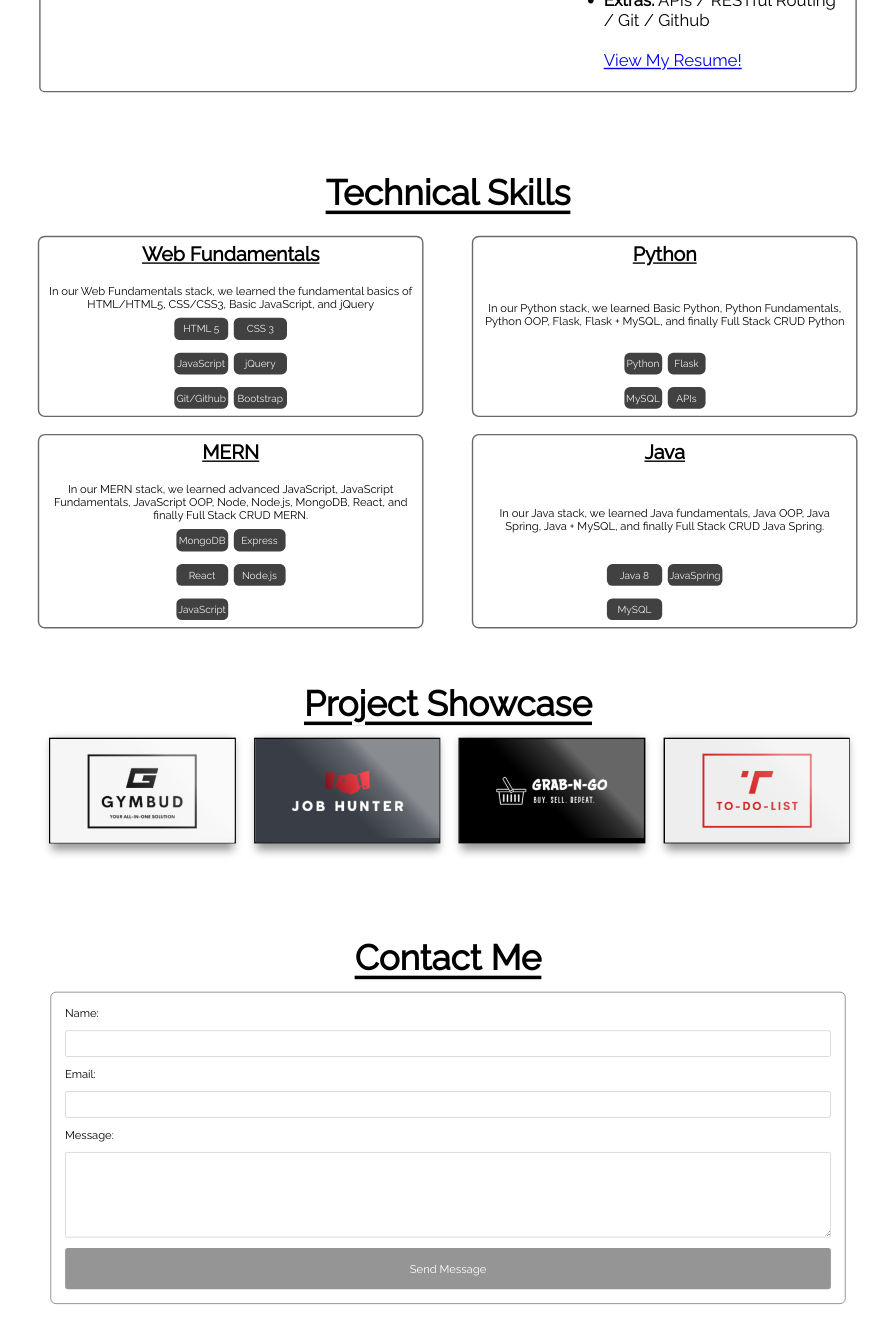
Repository: RICHIE-YIN/Personal-Portfolio
Page: index.html
These files come from the project's save history. The page is drawn as it stood at one moment and after the next save; the edit follows.
The browser window is 1280 px wide. The pictures show the part of the page from y = 2267 to 4187 px (the page is 4187 px tall before and 4181 px after), at 70% of full size.
Some web fonts or font styles are not loaded; a fallback is used.

Above is the page before, as saved 2023-06-12 17:22:41.
Console error: ReferenceError: $ is not defined

### index.html
<!DOCTYPE html>
<html lang="en">
<head>
    <meta charset="UTF-8">
    <meta http-equiv="X-UA-Compatible" content="IE=edge">
    <meta name="viewport" content="width=device-width, initial-scale=1.0">
    <title>Document</title>
    <link rel="stylesheet" href="styles.css">
    <style></style>
    <style>
        @import url('https://fonts.googleapis.com/css2?family=Balsamiq+Sans&family=Raleway&family=Roboto&display=swap');
    </style>
</head>
<body>
    <div class="contianer">
        <section class="et-hero-tabs">
            <div class="typewriter">
                <h1 id="text">Richie Yin</h1>
            </div>
            <h3>Coding Dojo Graduate 2023</h3>
            <h3>PYTHON / MERN / JAVA</h3>
            <div id="navbar" class="et-hero-tabs-container">
                <a class="et-hero-tab" href="#profile-section">About Me</a>
                <a class="et-hero-tab" href="#skills-section">Technical Skills</a>
                <a class="et-hero-tab" href="#section5">Projects Showcase</a>
                <a class="et-hero-tab" href="#section7">Contact</a>
                <span class="et-hero-tab-slider"></span>
            </div>

        </section>
        <br>
        <br>
        <br>
        <br>
        <br>
        <br>
        <div id="profile-section" class="profile-section">
            <h1 id="about-me">About Me</h1>
            <br>
            <div class="profile-content">
                <img src="download.jpeg" alt="picture">
                <div class="profile-text">
                    <br>
                    <h3>Richie Yin</h3>
                    <br>
                    <p>A passionate software engineer with a strong background in leadership and a lifelong love for technology. Having been in leadership roles since grade school, I've honed my management skills through diverse experiences such as leading group projects, running a restaurant, overseeing a gym sales team, and managing a business.
                    <br>
                    <br>
                    <p>Growing up in an immigrant family with no prior computer experience, I became the go-to IT person for my family at just 8 years old. My curiosity for coding began at the age of 12, but it wasn't until recently that I fully immersed myself in the world of software development.
                    <br>
                    <br>
                    <p>Over the past 14 weeks, I committed myself to an intensive coding bootcamp, where I gained proficiency in a wide range of programming languages and frameworks. My skills include:</p>
                    <br>
                    <ul>
                        <li><strong>Web Fundamentals:</strong> HTML5 / CSS3 / JavaScript / jQuery</li>
                        <li><strong>Python:</strong> Python / Flask / Flask + MySQL</li>
                        <li><strong>MERN:</strong> JavaScript / MongoDB / Express / React / Node.js / Deployment</li>
                        <li><strong>Java:</strong> Java / Spring / Java + MySQL</li>
                        <li><strong>Databases:</strong> MongoDB / MySQL</li>
                        <li><strong>Extras:</strong> APIs / RESTful Routing / Git / Github</li>
                    </ul>
                    <br>
                    <a href="https://docs.google.com/document/d/1qb6DIM2U-Qcg0YsSM7015CJVzUlQM7WXHSe1P5fYUa4/edit?usp=sharing">View My Resume!</a>
                    <br>
                    <br>
                </div>
            </div>
        </div>
        <br>
        <br>
        <br>
        <br>
        <br>
        <br>
        <div id="skills-section" class="skills-section">
            <h2 id="technical-skills">Technical Skills</h2>
            <div class="card-container">
                <div class="card card1">
                    <h3 class="web">Web Fundamentals</h3>
                    <p>In our Web Fundamentals stack, we learned the fundamental basics of HTML/HTML5, CSS/CSS3, Basic JavaScript, and jQuery</p>
                    <ul>
                        <li>HTML 5</li>
                        <li>CSS 3</li>
                        <li>JavaScript</li>
                        <li>jQuery</li>
                        <li>Git/Github</li>
                        <li>Bootstrap</li>
                    </ul>
                </div>
                <div class="card card2">
                    <h3 class="python">Python</h3>
                    <p>In our Python stack, we learned Basic Python, Python Fundamentals, Python OOP, Flask, Flask + MySQL, and finally Full Stack CRUD Python</p>
                    <ul>
                        <li>Python</li>
                        <li>Flask</li>
                        <li>MySQL</li>
                        <li>APIs</li>
                    </ul>
                </div>
                <div class="card card3">
                    <h3 class="mern">MERN</h3>
                    <p>In our MERN stack, we learned advanced JavaScript, JavaScript Fundamentals, JavaScript OOP, Node, Node.js, MongoDB, React, and finally Full Stack CRUD MERN.</p>
                    <ul>
                        <li>MongoDB</li>
                        <li>Express</li>
                        <li>React</li>
                        <li>Node.js</li>
                        <li>JavaScript</li>
                    </ul>
                </div>
                <div class="card card4">
                    <h3 class="java">Java</h3>
                    <p>In our Java stack, we learned Java fundamentals, Java OOP, Java Spring, Java + MySQL, and finally Full Stack CRUD Java Spring.</p>
                    <ul>
                        <li>Java 8</li>
                        <li>JavaSpring</li>
                        <li>MySQL</li>
                    </ul>
                </div>
            </div>
        </div>
            <br>
            <br>
            <br>
        <div class="section5" id="section5">
            <h1 id="project-showcase">Project Showcase</h1>
            <br>
            <div class="l-container">
                <!-- Add the 'onclick' attribute to each card and pass a unique ID -->
                <div class="b-game-card" onclick="openPopup('project1')">
                    <div class="b-game-card__cover" style="background-image: url(/GymBud.PNG);"></div>
                </div>
                <div class="b-game-card" onclick="openPopup('project2')">
                    <div class="b-game-card__cover" style="background-image: url(/JobHunter.PNG);"></div>
                </div>
                <div class="b-game-card" onclick="openPopup('project3')">
                    <div class="b-game-card__cover" style="background-image: url(/Grab-N-Go.PNG);"></div>
                </div>
                <div class="b-game-card" onclick="openPopup('project4')">
                    <div class="b-game-card__cover" style="background-image: url(/To-Do-List.PNG);"></div>
                </div>
            </div>
        </div>
        <br>
        <br>
        <br>
        <br>
        <br>
        <br>
        <div class="section7" id="section7">
            <h1 id="contact-me">Contact Me</h1>
            <br>
            <div class="contact-box">
                <form id="contact-form" action="https://formspree.io/f/xbjewjrk" method="POST">
                <label for="name">Name:</label>
                <input type="text" id="name" name="name" required>

                <label for="email">Email:</label>
                <input type="email" id="email" name="email" required>

                <label for="message">Message:</label>
                <textarea id="message" name="message" required></textarea>

                <button type="submit">Send Message</button>
            </form>
            </div>
        </div>
        <br>
        <br>
        <br>
        <div class="section6">
            <div class="section6-container">
                <div class="project-popup" id="project1" style="display: none;">
                    <div class="project-popup-content">
                        <img src="your_gif_url_here.gif" alt="Project 1">
                        <a href="your_project_link_here" target="_blank">Check out the project</a>
                        <button onclick="closePopup('project1')">Close</button>
                    </div>
                </div>
                <div class="project-popup" id="project2" style="display: none;">
                    <div class="project-popup-content">
                        <img src="your_gif_url_here.gif" alt="Project 2">
                        <a href="your_project_link_here" target="_blank">Check out the project</a>
                        <button onclick="closePopup('project2')">Close</button>
                    </div>
                </div>
                <div class="project-popup" id="project3" style="display: none;">
                    <div class="project-popup-content">
                        <img src="your_gif_url_here.gif" alt="Project 1">
                        <a href="your_project_link_here" target="_blank">Check out the project</a>
                        <button onclick="closePopup('project3')">Close</button>
                    </div>
                </div>
                <div class="project-popup" id="project4" style="display: none;">
                    <div class="project-popup-content">
                        <img src="your_gif_url_here.gif" alt="Project 4">
                        <a href="your_project_link_here" target="_blank">Check out the project</a>
                        <button onclick="closePopup('project4')">Close</button>
                    </div>
                </div>
            </div>
        </div>
    </div>
    <script src="script.js"></script>
    <script src="https://cdnjs.cloudflare.com/ajax/libs/vanilla-tilt/1.7.0/vanilla-tilt.min.js"></script>
</body>
</html>

### styles.css

@import url('https://fonts.googleapis.com/css2?family=Balsamiq+Sans&family=Raleway&family=Roboto&display=swap');

* {
    margin: 0;
    padding: 0;
    font-family: 'Raleway', sans-serif;
}
html {
    scroll-behavior: smooth;
}


/* Extra small devices (phones, 600px and down) */
@media only screen and (max-width: 600px) {
    .container {
        width: 100%;
    }
}

/* Small devices (portrait tablets and large phones, 600px and up) */
@media only screen and (min-width: 600px) {
    .container {
        width: 85%;
    }
}

/* Medium devices (landscape tablets, 768px and up) */
@media only screen and (min-width: 768px) {
    .container {
        width: 80%;
    }
}

/* Large devices (laptops/desktops, 992px and up) */
@media only screen and (min-width: 992px) {
    .container {
        width: 75%;
        max-width: 1200px;
    }
}

/* .header {
    background-color: none;
    overflow: hidden;
    position: absolute;
    bottom: 0;
    width: 100%;
} */
.header a {
    float: right;
    color: black;
    text-align: center;
    padding: 14px 14px;
    text-decoration: none;
    font-size: 28px;
}
.header a:hover {
    background-color: black;
    color: white;
    font-size: 40px;
    font-size-adjust: 20px;
}
.header a.split {
    float: left;
}

/* GLOBAL STYLES */
.typewriter {
    background: #333;
    padding: 2em 1em;
    display: flex;
    justify-content: center;
}

.typewriter h1 {
    color: white;
    font-family: monospace;
    overflow: hidden;
    border-right: .15em solid white;
    margin: 0 auto;
    letter-spacing: .15em;
    max-width: 100%;
    white-space: nowrap;
    text-align: center;
}

/* .first-section {
    position: relative;
} */

.sticky {
    position: fixed;
    top: 0;
    z-index: 100;
}


/* The typing effect */
@keyframes typing {
from { width: 0 }
to { width: 11em }
}

/* The typewriter cursor effect */
@keyframes blink-caret {
from, to { border-color: transparent }
50% { border-color: white }
}

.typewriter h1.hidden {
display: none;
}

.profile-section {
    display: flex;
    flex-direction: column;
    align-items: center;
    padding-left: 25px;
    padding-right: 25px;
}

.profile-content {
    display: flex;
    flex-direction: row;
    align-items: center;
    justify-content: center;
    width: 100%;
    border: #696969 solid 2px;
    padding-right: 20px;
    font-size:150%;
    border-radius: .3em;
    box-sizing: border-box;
}

/* .profile-content img {
    width: 600px;
    height: 825px;
    margin-right: 4%;
    margin-left: 2%;
} */

.profile-content img {
    max-width: 100%;
    height: auto;
    margin-right: 4%;
    margin-left: 2%;
    border: #373737 solid 2px;
}


.profile-text {
    flex: 1;
}

.card-container {
    display: flex;
    flex-wrap: wrap;
    justify-content: center;
    /* margin: 0 -10px; */
    text-align: center;
}

.row {
    display: flex;
    justify-content: center;
    margin: 10px 10px;
}


.b-game-card



.card h3 {
    margin-top: 0;
}

.card ul {
    margin: 0;
    padding: 0;
    list-style: none;
}

.card li {
    margin-bottom: 10px;
}




.et-hero-tabs, .et-slide {
    display: flex;
    flex-direction: column;
    justify-content: center;
    align-items: center;
    height: 100vh;
    position: relative;
    background: #eee;
    text-align: center;
    padding: 0 2em;
}
.et-hero-tabs h1, .et-slide h1 {
    font-size: 2rem;
    margin: 0;
    letter-spacing: 1rem;
}
.et-hero-tabs h3, .et-slide h3 {
    font-size: 1rem;
    letter-spacing: 0.3rem;
    opacity: 0.6;
}
.et-hero-tabs-container {
    display: flex;
    flex-direction: row;
    position: absolute;
    bottom: 0;
    width: 100%;
    height: 70px;
    box-shadow: 0 0 20px rgba(0, 0, 0, 0.1);
    background: #fff;
    z-index: 10;
}
.et-hero-tabs-container--top {
    position: fixed;
    top: 0;
}
.et-hero-tab {
    display: flex;
    justify-content: center;
    align-items: center;
    flex: 1;
    color: #000;
    letter-spacing: 0.1rem;
    transition: all 0.5s ease;
    font-size: 0.8rem;
}
.et-hero-tab:hover {
    color: white;
    background: rgba(102, 177, 241, 0.8);
    transition: all 0.5s ease;
}
.et-hero-tab-slider {
    position: absolute;
    bottom: 0;
    width: 0;
    height: 6px;
    background: #66b1f1;
    transition: left 0.3s ease;
}
@media (min-width: 800px) {
    .et-hero-tabs h1, .et-slide h1 {
        font-size: 3rem;
}
    .et-hero-tabs h3, .et-slide h3 {
        font-size: 1rem;
}
    .et-hero-tab {
        font-size: 1rem;
}
}






.skills-section .card.card1 {
    /* background: linear-gradient(135deg, #F0F2F5 0%, #D9DBE1 100%); */
    width: 45%;
}

.skills-section .card.card2 {
    /* background: linear-gradient(135deg, #D9DBE1 0%, #BEC1C9 100%); */
    width: 45%;
}

.skills-section .card.card3 {
    /* background: linear-gradient(135deg, #F0F2F5 0%, #BEC1C9 100%); */
    width: 45%;
}

.skills-section .card.card4 {
    /* background: linear-gradient(135deg, #BEC1C9 0%, #F0F2F5 100%); */
    width: 45%;
}




.skills-section {
    display: flex;
    flex-direction: column;
    align-items: center;
    /* padding-left: 25px; */
    /* padding-right: 25px; */
}

.skills-section h2 {
    font-size: 2.5rem;
    margin-bottom: 2rem;
}

.card-container {
    display: flex;
    justify-content: center;
    flex-wrap: wrap;
    gap: 1.5rem;
}

.skills-section .card {
    position: relative;
    overflow: hidden;
    width: 100%;
    margin: 0 auto;
    max-width: 100%;
    height: auto;
    border-radius: 10px;
    min-width: 280px;
    /* box-shadow: 0 2px 20px rgba(0, 0, 0, 0.5); */
    transform-style: preserve-3d;
    transform: perspective(500px);
    display: flex;
    flex-direction: column;
    justify-content: space-between;
    align-items: center;
    border: #696969 2px solid;
    transition: all 0.2s ease;
}


.skills-section .card:hover {
    transform: perspective(500px) translateY(-10px);
    box-shadow: 0 4px 30px rgba(0, 0, 0, 0.5);
}

.skills-section h3 {
    font-size: 1.75rem;
    margin-bottom: 1rem;
}

.skills-section .card p {
    padding: 10px;
}


.skills-section ul {
    list-style-type: none;
    padding: 0;
    display: grid;
    grid-template-columns: repeat(2, 1fr);
    gap: 0.5rem;
}

.skills-section li {
    font-size: 0.9rem;
    text-align: center;
    background-color: rgba(18, 18, 18, 0.8);
    color: #eee;
    border-radius: 8px;
    padding: 0.5em 0.2em 0.5em 0.2em;
}

.web, .python, .mern, .java {
    text-decoration: underline;
    margin-top: 1.5%;
}

.section5 {
    margin: 0 auto; /* Center the section horizontally */
    padding: 20px; /* Add padding to give some space */
    width: 100%; /* Control the width of the section */
    max-width: 1200px; Maximum width of the section
}

.l-container {
    display: flex; /* Align the cards in a row */
    flex-wrap: wrap; /* Wrap the cards to the next line when they don't fit */
    justify-content: space-between; /* Distribute equal space between the cards */
    margin: 0 auto; /* Add some margin to the top and bottom */
}

.project-popup {
    display: none;
    position: fixed;
    top: 50%;
    left: 50%;
    transform: translate(-50%, -50%);
    z-index: 9999;
    background-color: rgba(0, 0, 0, 0.8);
    width: 100%;
    height: 100%;
    padding: 20px;
}

.project-popup-content {
    position: absolute;
    top: 50%;
    left: 50%;
    transform: translate(-50%, -50%);
    text-align: center;
    background-color: white;
    color: black;
    padding: 20px;
    border-radius: 10px;
    box-shadow: 0 5px 15px rgba(0, 0, 0, 0.3);
}

.project-popup-content img {
    max-width: 100%;
    height: auto;
}

.project-popup-content a {
    display: inline-block;
    text-decoration: none;
    color: white;
    background-color: #f6d365;
    padding: 10px 20px;
    margin-top: 15px;
    border-radius: 5px;
    transition: background-color 0.3s;
}

.project-popup-content a:hover {
    background-color: #fda085;
}

.project-popup-content button {
    display: inline-block;
    text-decoration: none;
    color: white;
    background-color: #333;
    padding: 5px 10px;
    margin-top: 15px;
    border-radius: 5px;
    border: none;
    cursor: pointer;
    transition: background-color 0.3s;
}

.project-popup-content button:hover {
    background-color: #555;
}




.l-container {
    display: grid;
    grid-template-columns: repeat(4, 1fr);
    grid-gap: 30px; /* Adjust space between the cards */
    width: 100%; /* Set the width to 100% */
    max-width: 1800px; /* Increase the container max-width */
    margin: 0 auto;
}

@media screen and (max-width: 760px) {
    .l-container {
        grid-template-columns: repeat(2, 1fr);
    }
}

.b-game-card {
    position: relative;
    /* z-index: 1; */
    width: 100%;
    padding-bottom: 56.25%; /* Adjust the aspect ratio to 16:9 */
    perspective: 1000px;
    display: inline-block;
    vertical-align: top;
    border: #000 solid 2px;
}

.b-game-card__cover {
    position: absolute;
    /* z-index: 1; */
    top: 0;
    left: 0;
    width: 100%; /* Set the width to 100% */
    height: 100%; /* Set the height to 100% */
    overflow: hidden;
    background-image: linear-gradient(120deg, #f6d365 0%, #fda085 100%);
    background-size: cover;
    background-position: center;
    perspective-origin: 50% 50%;
    transform-style: preserve-3d;
    transform-origin: top center;
    will-change: transform;
    transform: skewX(0.001deg);
    transition: transform 0.35s ease-in-out;
}


.b-game-card__cover::after {
    display: block;
    content: "";
    position: absolute;
    z-index: 100;
    top: 0;
    left: 0;
    width: 100%;
    height: 120%;
    background: linear-gradient(226deg, rgba(255, 255, 255, 0.4) 0%, rgba(255, 255, 255, 0.4) 35%, rgba(255, 255, 255, 0.2) 42%, rgba(255, 255, 255, 0) 60%);
    transform: translateY(-20%);
    will-change: transform;
    transition: transform 0.65s cubic-bezier(0.18, 0.9, 0.58, 1);
}
.b-game-card:hover .b-game-card__cover {
    transform: rotateX(7deg) translateY(-6px);
}
.b-game-card:hover .b-game-card__cover::after {
    transform: translateY(0%);
}
.b-game-card::before {
    display: block;
    content: "";
    position: absolute;
    top: 5%;
    left: 5%;
    width: 90%;
    height: 90%;
    background: rgba(0, 0, 0, 0.5);
    box-shadow: 0 6px 12px 12px rgba(0, 0, 0, 0.4);
    will-change: opacity;
    transform-origin: top center;
    transform: skewX(0.001deg);
    transition: transform 0.35s ease-in-out, opacity 0.5s ease-in-out;
}
.b-game-card:hover::before {
    opacity: 0.6;
    transform: rotateX(7deg) translateY(-6px) scale(1.05);
}

.gif-container {
    margin-bottom: 20px;
}

.link-container {
    display: flex;
    flex-direction: column;
    align-items: center;
    gap: 10px;
}

/* General styles */
body {
    font-family: Arial, sans-serif;
}

.section7 {
    /* background-color: #f8f8f8; */
    display: flex;
    flex-direction: column;
    align-items: center;
    /* padding: 25px 0; */
    width: 90%; /* Decreased from 100% */
    margin: 0 auto; /* Centers the section if width is less than 100% */
}

.contact-box {
    display: flex;
    flex-direction: column;
    align-items: center;
    justify-content: center;
    width: 75%;
    border: #696969 solid 1.5px;
    padding: 20px;
    border-radius: .5em;
}

form {
    display: grid;
    gap: 15px;
    width: 100%;
}

input[type="text"],
input[type="email"],
textarea {
    /* width: 100%;  */
    padding: 10px;
    border: 1px solid #ccc;
    border-radius: 3px;
    font-size: 14px;
    font-family: inherit;
}

textarea {
    resize: vertical;
    min-height: 100px;
}

/* Button styles */
button[type="submit"] {
    width: 100%;
    background-color: #959595;
    color: white;
    padding: 20px 20px;
    border: none;
    border-radius: 4px;
    cursor: pointer;
    font-size: 16px;
    transition: background-color 0.3s;
}

button[type="submit"]:hover {
    background-color: #555555;
}


.profile-section .profile-content,
.skills-section .card-container,
.section5 .l-container,
.section7 .contact-box {
  width: 95%; /* Adjust as needed */
  max-width: 1600px; /* Adjust as needed */
  margin: 0 auto; /* This will center the content */
}

.skills-section .card-container {
    display: flex; /* Align the cards in a row */
    flex-wrap: wrap; /* Wrap the cards to the next line when they don't fit */
    justify-content: space-between; /* Distribute equal space between the cards */
}

#about-me, #technical-skills, #contact-me, #project-showcase {
    font-size: 50px;
    text-align: center;
    text-decoration: underline;
    text-underline-offset: 0.15em;
}

Loaded but not shown: script.js (163 lines, source omitted)

After the next save:
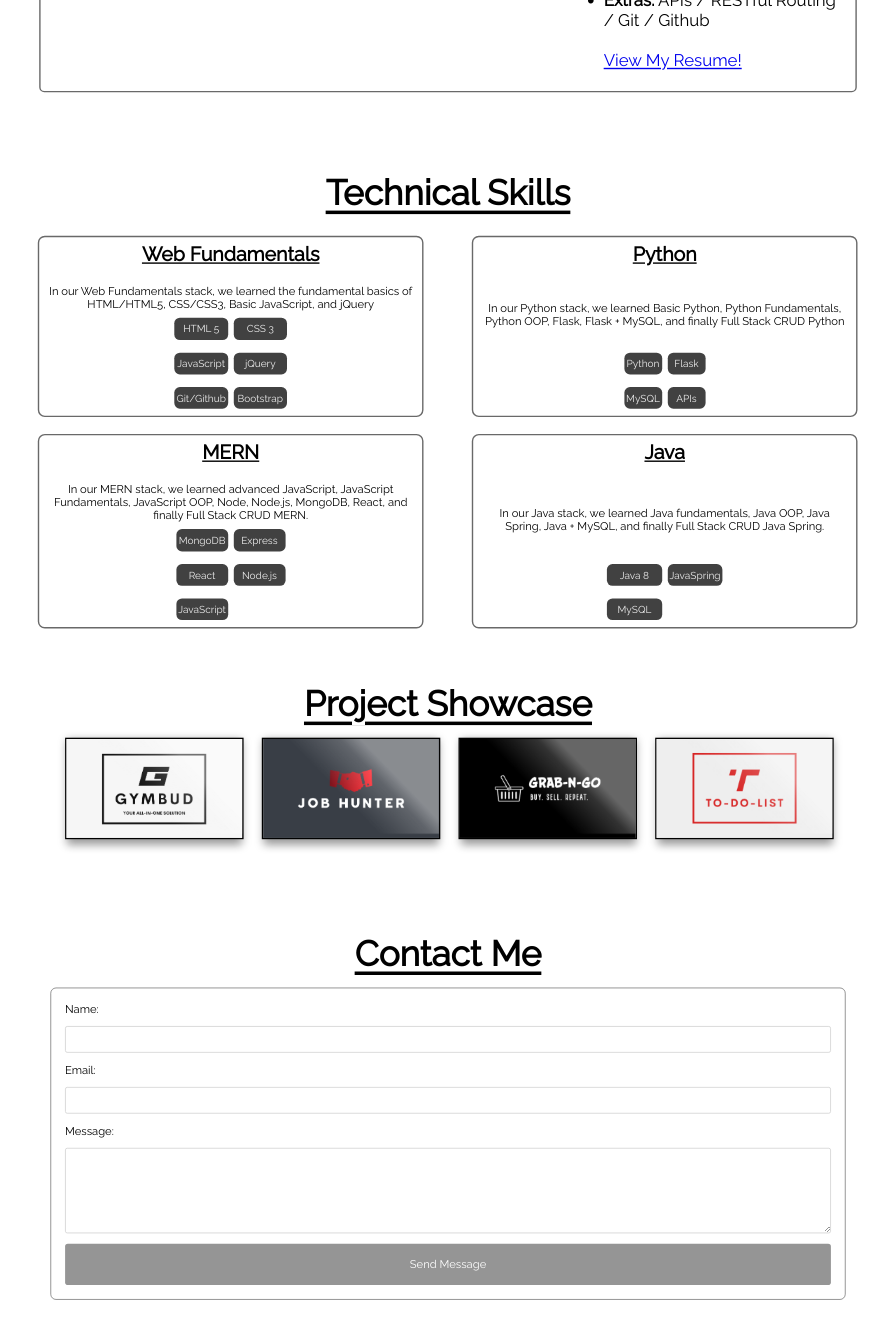
Saved 10 s later.
--- a/styles.css
+++ b/styles.css
@@ -369,7 +369,7 @@ display: none;
 .section5 {
     margin: 0 auto; /* Center the section horizontally */
     padding: 20px; /* Add padding to give some space */
-    width: 100%; /* Control the width of the section */
+    width: 90%; /* Control the width of the section */
     max-width: 1200px; Maximum width of the section
 }
 
